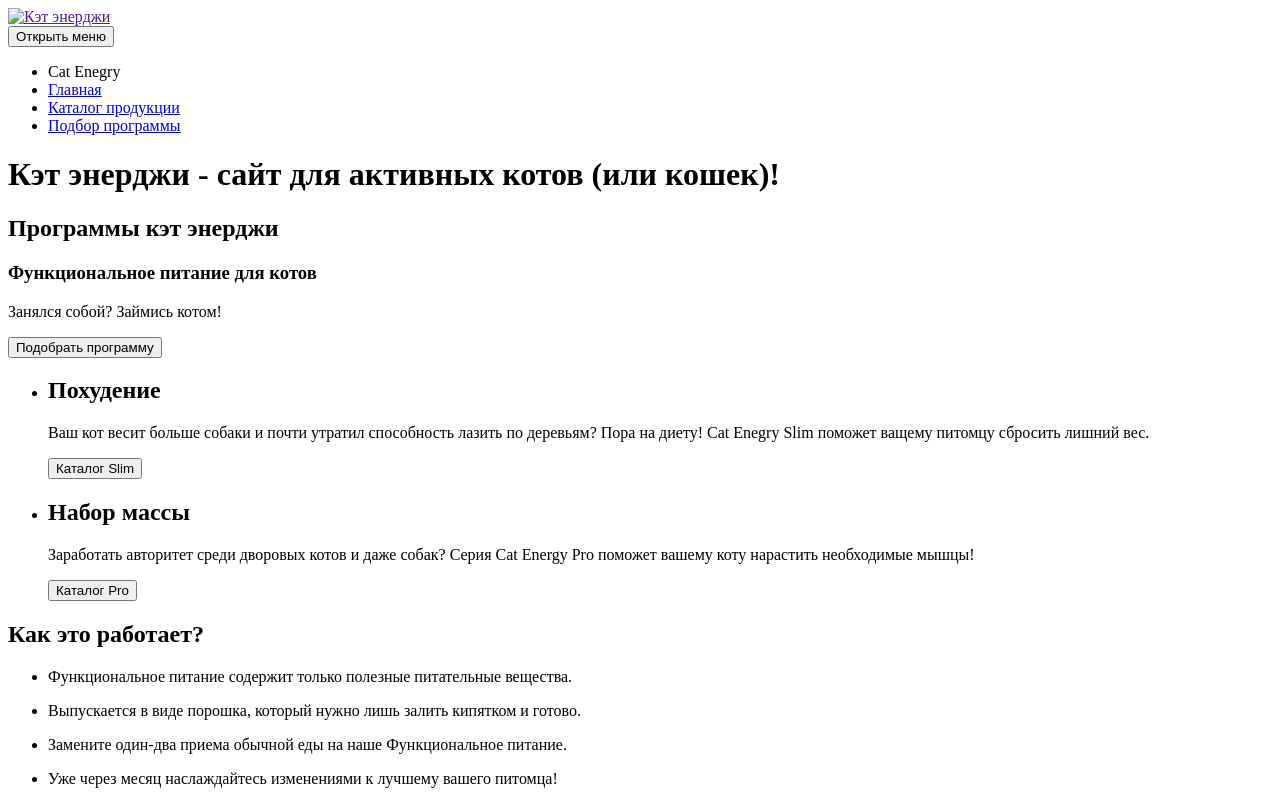
Repository: infernotw/1054987-cat-energy-17
Page: source/index.html
An editor plug-in stored every save of this project. The page is shown before and after the next save, followed by the edit.
The browser window is 1280 px wide. The pictures show the whole page.

Above is the page before, as saved 2019-07-17 04:25:04.

### source/index.html
<!DOCTYPE html>
<html lang="ru">

<head>
  <meta charset="utf-8">
  <title>HTML Academy: Кэт энерджи</title>
</head>

<body>

  <header class="page-header">
    <a href="" class="page-header__logo">
      <img src="#" alt="Кэт энерджи" width="" height="" class="page-header__logo-image">
    </a>
    <nav class="main-nav">
      <button class="main-nav__toggle" type="button">Открыть меню</button>
      <div class="main-nav__wrapper">
        <ul class="main-nav__list site-list">
          <li class="site-list__item">
            <a class="site-list__item site-list__item--active">Cat Enegry</a>
          </li>
          <li class="site-list__item">
            <a href="#">Главная</a>
          </li>
          <li class="site-list__item">
            <a href="catalog.html">Каталог продукции</a>
          </li>
          <li class="site-list__item">
            <a href="form.html">Подбор программы</a>
          </li>
        </ul>
      </div>
    </nav>
  </header>

  <main class="page-main">
    <h1 class="visually-hidden">Кэт энерджи - сайт для активных котов (или кошек)!</h1>
    <section class="program">
      <header class="program__header">
        <h2 class="visually-hidden">Программы кэт энерджи</h2>
        <h3 class="program__about">Функциональное питание для котов</h3>
        <p class="program__info">Занялся собой? Займись котом!</p>
        <button class="program__button" type="button">Подобрать программу</button>
      </header>
      <div class="program__wrapper">
        <ul class="program__list">
          <li class="program__item program__item--slim">
            <h2 class="program__title">Похудение</h2>
            <p class="program__description">Ваш кот весит больше собаки и почти утратил способность лазить по деревьям?
              Пора на диету! Cat Enegry Slim поможет ващему питомцу сбросить лишний вес.</p>
            <button class="program__button" type="button">Каталог Slim</button>
          </li>
          <li class="program__item program__item--pro">
            <h2 class="program__title">Набор массы</h2>
            <p class="program__description">Заработать авторитет среди дворовых котов и даже собак? Серия Cat Energy Pro
              поможет вашему коту нарастить необходимые мышцы!</p>
            <button class="program__button" type="button">Каталог Pro</button>
          </li>
        </ul>
      </div>
    </section>
    <section class="how-it-works">
      <div class="how-it-works__wrapper">
        <h2 class="how-it-works__title">Как это работает?</h2>
        <ul class="how-it-works__list">
          <li class="how-it-works__item how-it-works__item--food">
            <p class="how-it-works__description">Функциональное питание содержит только полезные питательные вещества.
            </p>
          </li>
          <li class="how-it-works__item how-it-works__item--water">
            <p class="how-it-works__description">Выпускается в виде порошка, который нужно лишь залить кипятком и
              готово.</p>
          </li>
          <li class="how-it-works__item how-it-works__item--change">
            <p class="how-it-works__description">Замените один-два приема обычной еды на наше Функциональное питание.
            </p>
          </li>
          <li class="how-it-works__item how-it-works__item--time">
            <p class="how-it-works__description">Уже через месяц наслаждайтесь изменениями к лучшему вашего питомца!</p>
          </li>
        </ul>
      </div>


    </section>



  </main>

</body>

</html>

After the next save:
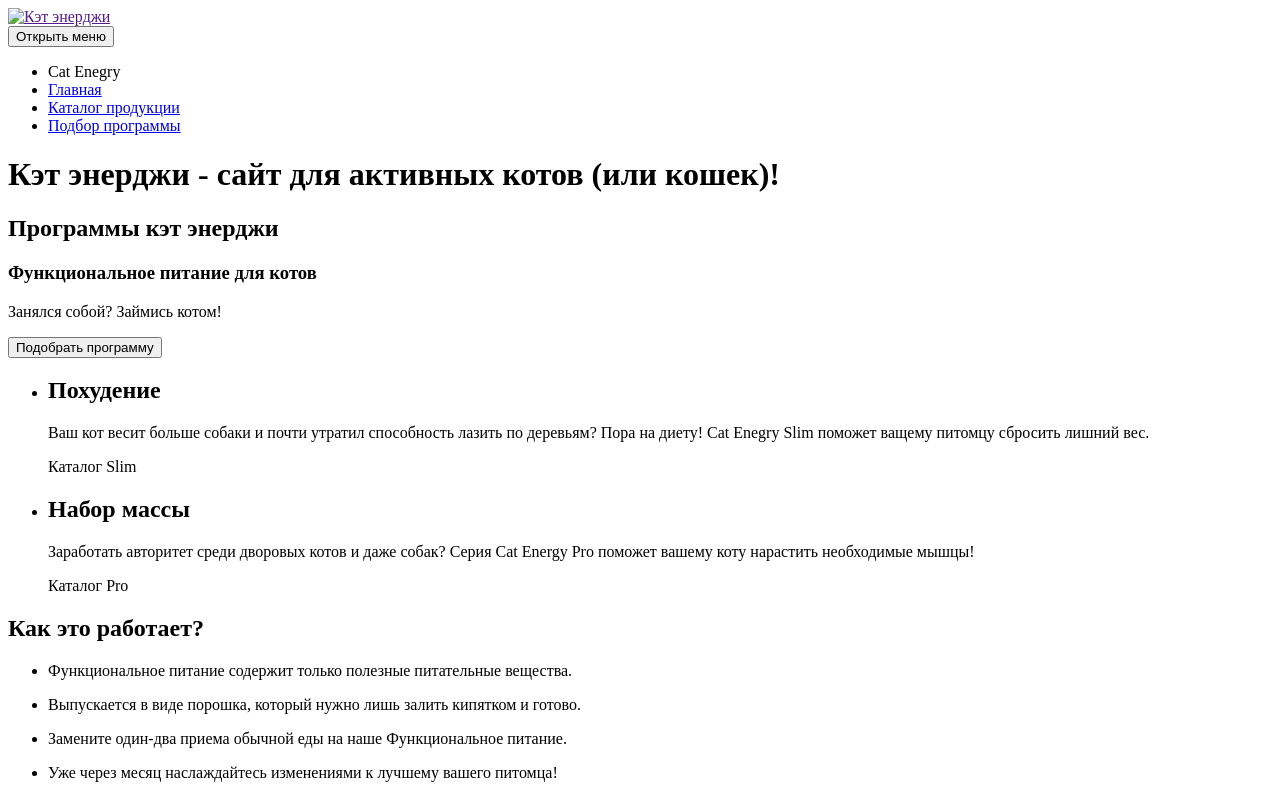
Saved 79 s later.
--- a/source/index.html
+++ b/source/index.html
@@ -48,13 +48,13 @@
             <h2 class="program__title">Похудение</h2>
             <p class="program__description">Ваш кот весит больше собаки и почти утратил способность лазить по деревьям?
               Пора на диету! Cat Enegry Slim поможет ващему питомцу сбросить лишний вес.</p>
-            <button class="program__button" type="button">Каталог Slim</button>
+            <a class="program__button" type="button">Каталог Slim</a>
           </li>
           <li class="program__item program__item--pro">
             <h2 class="program__title">Набор массы</h2>
-            <p class="program__description">Заработать авторитет среди дворовых котов и даже собак? Серия Cat Energy Pro
+            <p caprogram__description">Заработать авторитет среди дворовых котов и даже собак? Серия Cat Energy Pro
               поможет вашему коту нарастить необходимые мышцы!</p>
-            <button class="program__button" type="button">Каталог Pro</button>
+            <a class="program__button">Каталог Pro</a>
           </li>
         </ul>
       </div>
